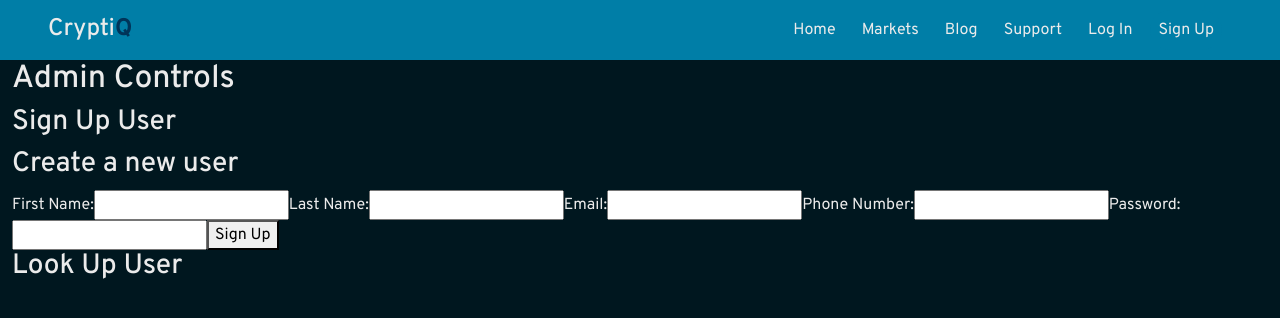
Repository: griffin1995/cryptocurrencyPlatform
Page: / (app in client/)
These files come from the project's save history. The page is drawn as it stood at one moment and after the next save; the edit follows.
The browser window is 1280 px wide. The pictures show the whole page.
The project was rebuilt for these pictures with package versions that can differ from the ones it lists, and the page was loaded fresh each time. Also part of the build but not shown: client/src/components/CoinDetails.js, client/src/components/UserDetails.js, client/src/pages/Blog.scss, client/src/pages/Blog.js, client/src/hooks/useSignUp.js, client/src/pages/SignUpUnstyled.js, client/src/hooks/useLogin.js, client/src/pages/SignUpLogIn.scss and 12 more.

Above is the page before, as saved 2024-04-07 15:14:35.

After the next save:
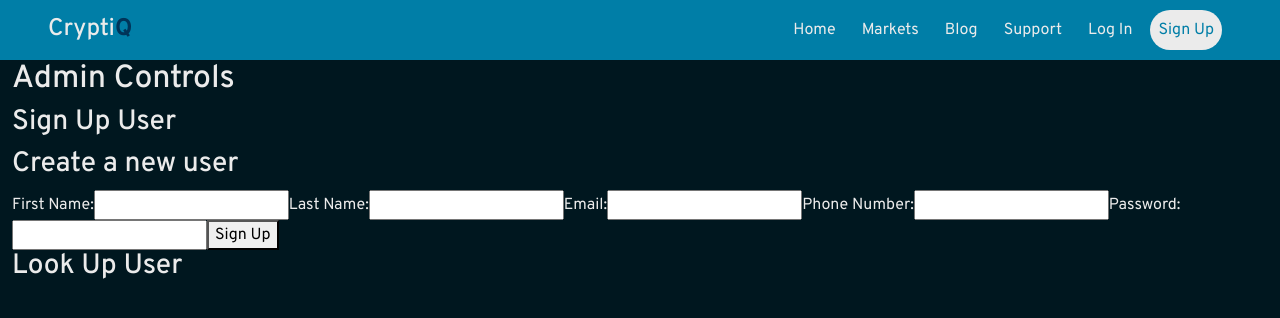
Saved 50 s later.
--- a/client/src/components/NavigationBar.scss
+++ b/client/src/components/NavigationBar.scss
@@ -13,8 +13,8 @@
 }
 
 .sign-up-btn {
-  background-color: #007EA7;
+  background-color: #ebebeb;
   border-radius: 25px;
-  color: #ebebeb;
+  color: #007EA7;
 
 }

After the save that followed:
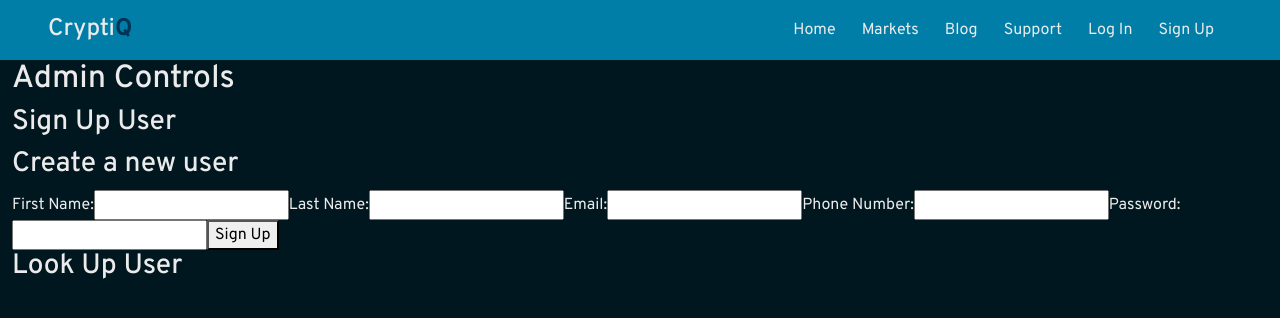
Saved 53 s later.
--- a/client/src/components/NavigationBar.scss
+++ b/client/src/components/NavigationBar.scss
@@ -11,10 +11,3 @@
   margin-right: 10px;
   color: #ebebeb;
 }
-
-.sign-up-btn {
-  background-color: #ebebeb;
-  border-radius: 25px;
-  color: #007EA7;
-
-}
